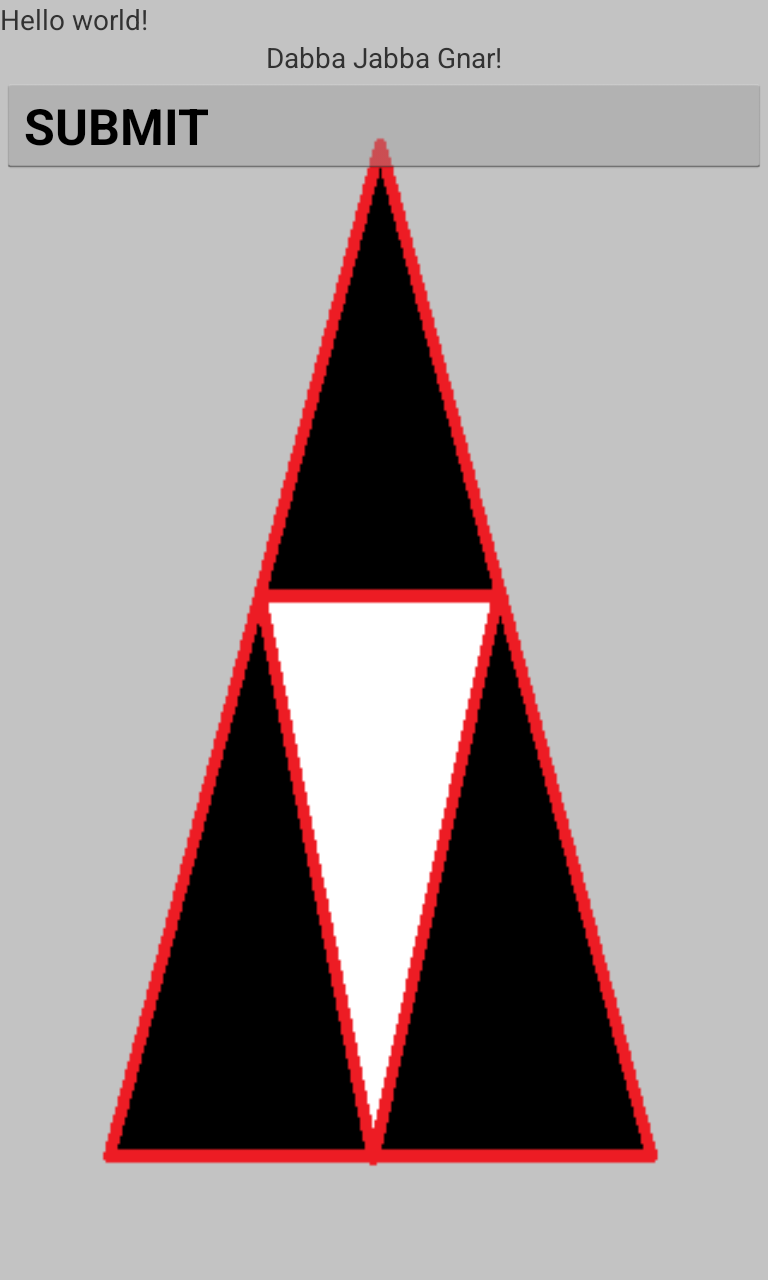
Repository: IgnacioRV/AndroidDev
Layout: ProjectYasuo/res/layout/main2.xml
An editor plug-in stored every save of this project. The layout is shown before and after the next save, followed by the edit.
It is drawn on a 768 x 1280 px phone screen (xhdpi) without system bars, with theme AppTheme; the app's code is not run.

Above is the layout before, as saved 2016-01-21 16:13:47.

### ProjectYasuo/res/layout/main2.xml
<?xml version="1.0" encoding="utf-8"?>
<LinearLayout xmlns:android="http://schemas.android.com/apk/res/android"
    android:layout_width="fill_parent"
    android:layout_height="fill_parent"
    android:orientation="vertical"
    android:background="@drawable/bck">

    <TextView
        android:layout_width="fill_parent"
        android:layout_height="wrap_content"
        android:text="@string/hello_world" />

    <TextView
        android:layout_width="fill_parent"
        android:layout_height="wrap_content"
        android:text="@string/FirstWords"
        android:gravity="center"
        />

    <Button
        android:layout_width="fill_parent"
        android:layout_height="wrap_content"
        android:text="@string/button1"
        android:textSize="25sp"
        android:textStyle="bold"
        android:gravity="bottom" />

</LinearLayout>

### ProjectYasuo/res/values/strings.xml
<?xml version="1.0" encoding="utf-8"?>
<resources>

    <string name="app_name">ProjectYasuo</string>
    <string name="hello_world">Hello world!</string>
    <string name="FirstWords">Dabba Jabba Gnar!</string>
    <string name="button1">SUBMIT</string>

</resources>

Loaded but not shown: ProjectYasuo/res/values/styles.xml (common file); ProjectYasuo/res/values-v11/styles.xml (common file); ProjectYasuo/res/values-v14/styles.xml (common file)

After the next save:
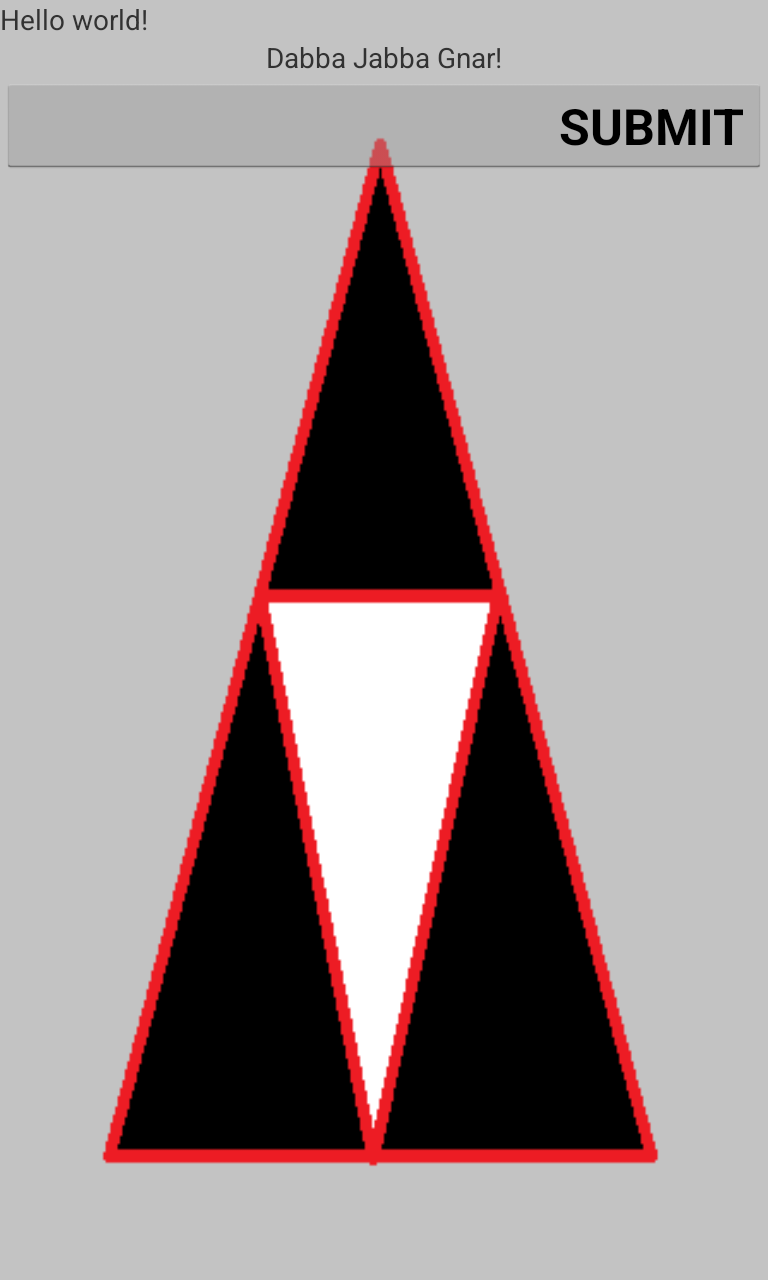
Saved 25 s later.
--- a/ProjectYasuo/res/layout/main2.xml
+++ b/ProjectYasuo/res/layout/main2.xml
@@ -23,6 +23,6 @@
         android:text="@string/button1"
         android:textSize="25sp"
         android:textStyle="bold"
-        android:gravity="bottom" />
+        android:gravity="end" />
 
 </LinearLayout>
